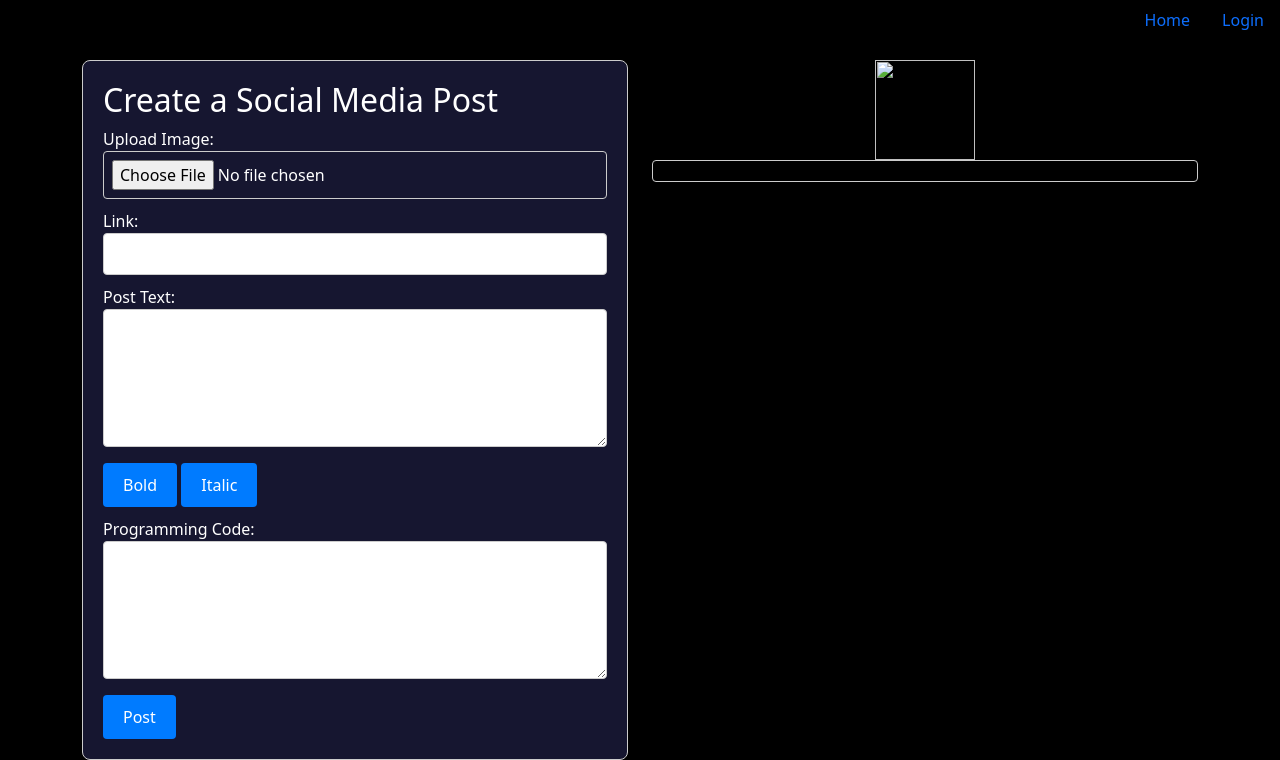
Repository: jaseem1999/sdCommunity
Page: http://localhost/sdCommunity/UserPost.jsp
An editor plug-in stored every save of this project. The page is shown before and after the next save, followed by the edit.
The browser window is 1280 px wide. The pictures show the whole page.
The page is served by Tomcat 9.

Above is the page before, as saved 2023-09-29 15:09:18.

After the next save:
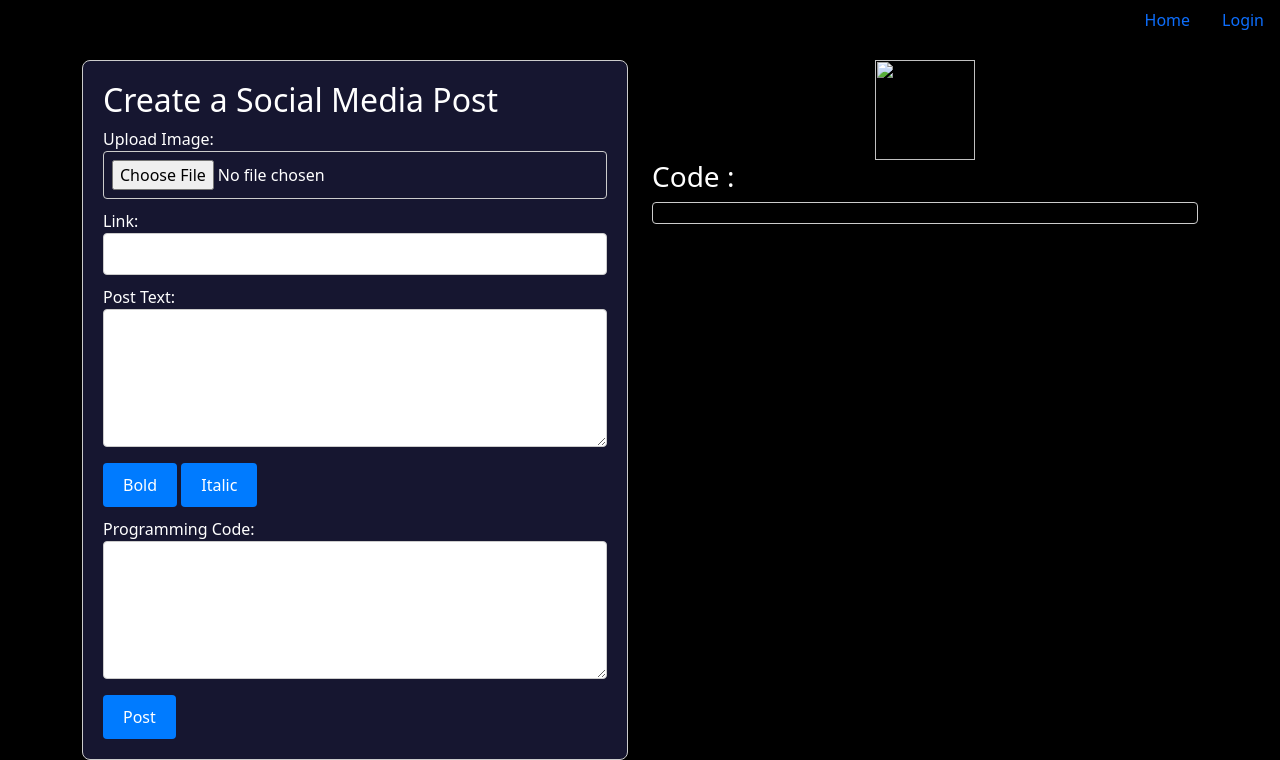
Saved 42 s later.
--- a/sdCommunity/src/main/webapp/UserPost.jsp
+++ b/sdCommunity/src/main/webapp/UserPost.jsp
@@ -220,6 +220,7 @@ String position = (String) session.getAttribute("position");
 			<div id="center">
 			 <img class="profileImg" alt="" src="" id="updatedImg" style="width: 100px;"/><br>
 		    </div>
+		    <h3>Code :</h3>
 		    <pre id="showCode"></pre>
     	</div>
     </div>
